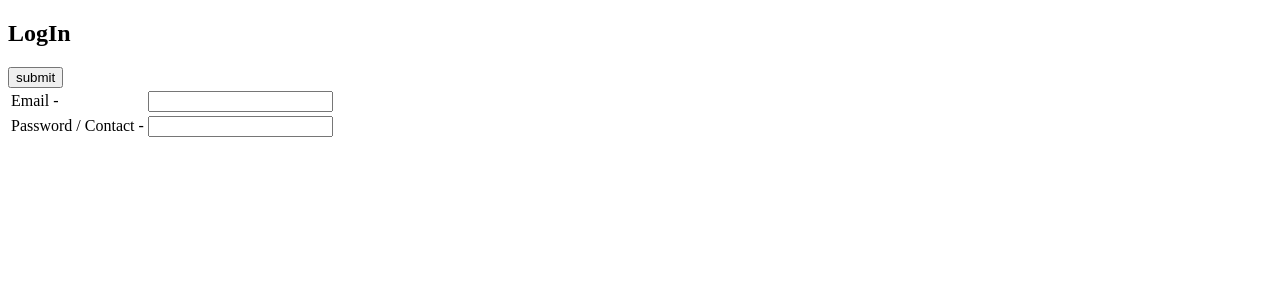
Repository: Krushna26nk/WebApplication
Page: http://localhost/Application/Login.jsp
The author's editor kept a copy of each file at every save. The page is drawn from the files as they stood at one save, then again after the next save.
The browser window is 1280 px wide. The pictures show the whole page.
The page is served by Tomcat 9.

Above is the page before, as saved 2019-05-31 10:46:33.

After the next save:
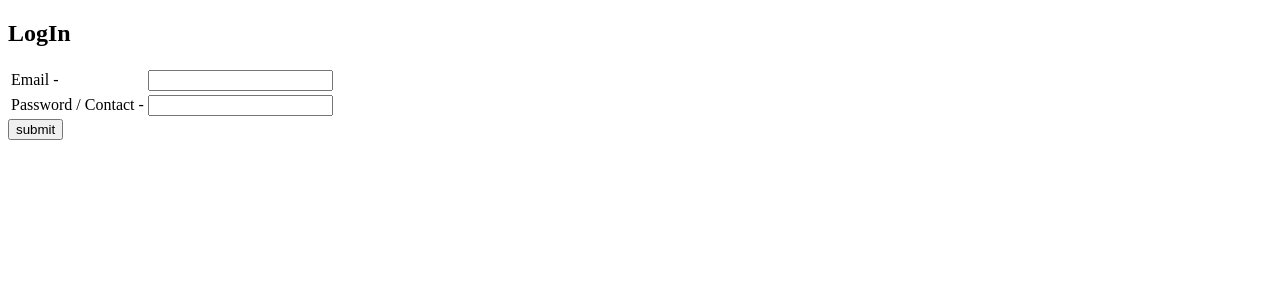
Saved 29 min 26 s later.
--- a/web/Application/WebContent/Login.jsp
+++ b/web/Application/WebContent/Login.jsp
@@ -23,9 +23,10 @@
 				<td> <input type="password" name="pass"> </td>
 			</tr>
 
-			<tr> <input type="submit" value="submit"> </tr>
+		</table>
 
-		</table>
+		<input type="submit" value="submit">
+
 	</form>
 </div>
 </body>
